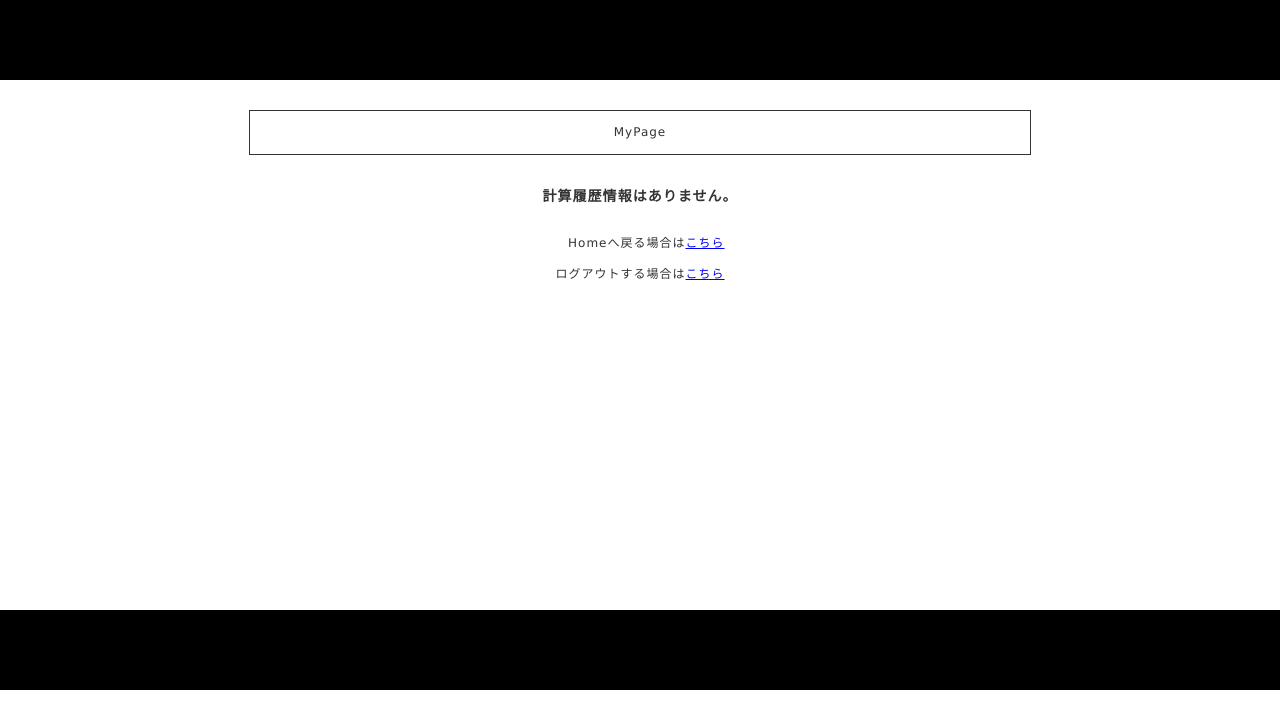
Repository: esk04/Keisanchan
Page: http://localhost/Keisanchan/myPage.jsp
These files come from the project's save history. The page is drawn as it stood at one moment and after the next save; the edit follows.
The browser window is 1280 px wide. The pictures show the whole page.
The page is served by Tomcat 9.

Above is the page before, as saved 2018-08-22 02:39:02.

After the next save:
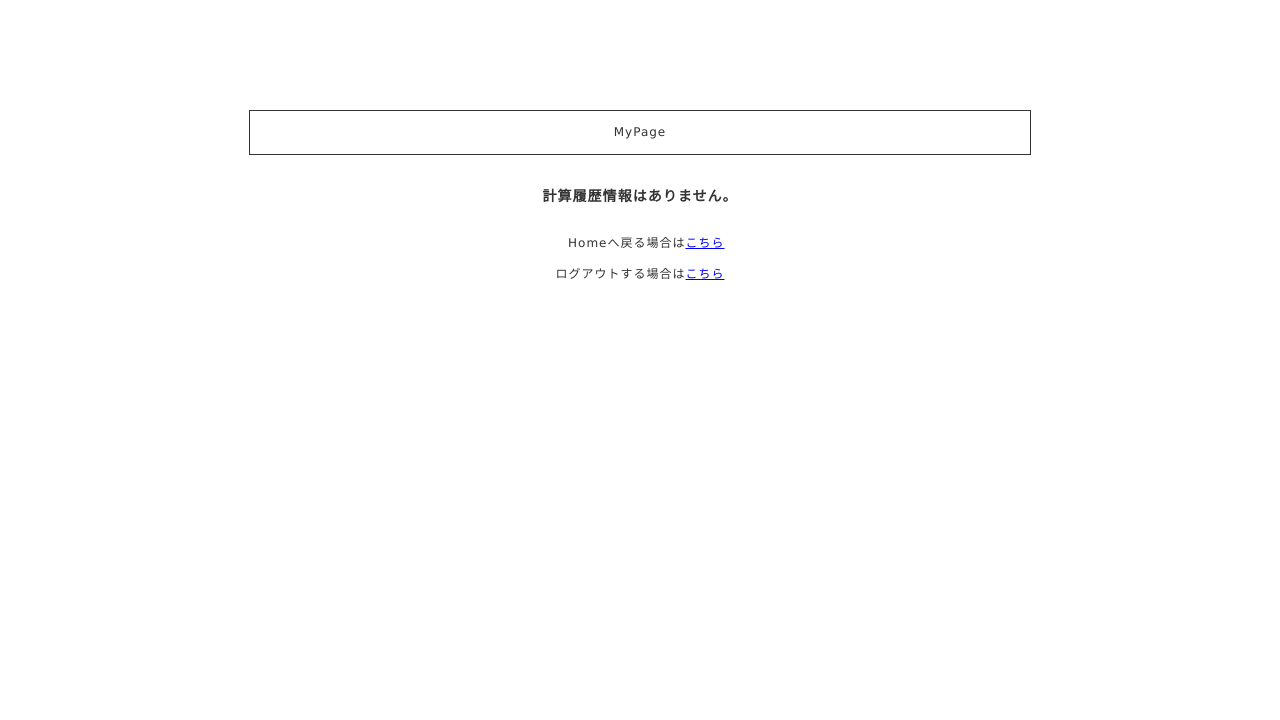
Saved 2 min 17 s later.
--- a/Keisanchan/WebContent/myPage.jsp
+++ b/Keisanchan/WebContent/myPage.jsp
@@ -36,7 +36,7 @@
 			#header {
 				width: 100%;
 				height: 80px;
-				background-color: black;
+				background-color: 1655FF;
 			}
 			#main {
 				width: 100%;
@@ -46,7 +46,7 @@
 			#footer {
 				width: 100%;
 				height: 80px;
-				background-color: black;
+				background-color: 1655FF;
 				clear:both;
 			}
 			#text-right {
